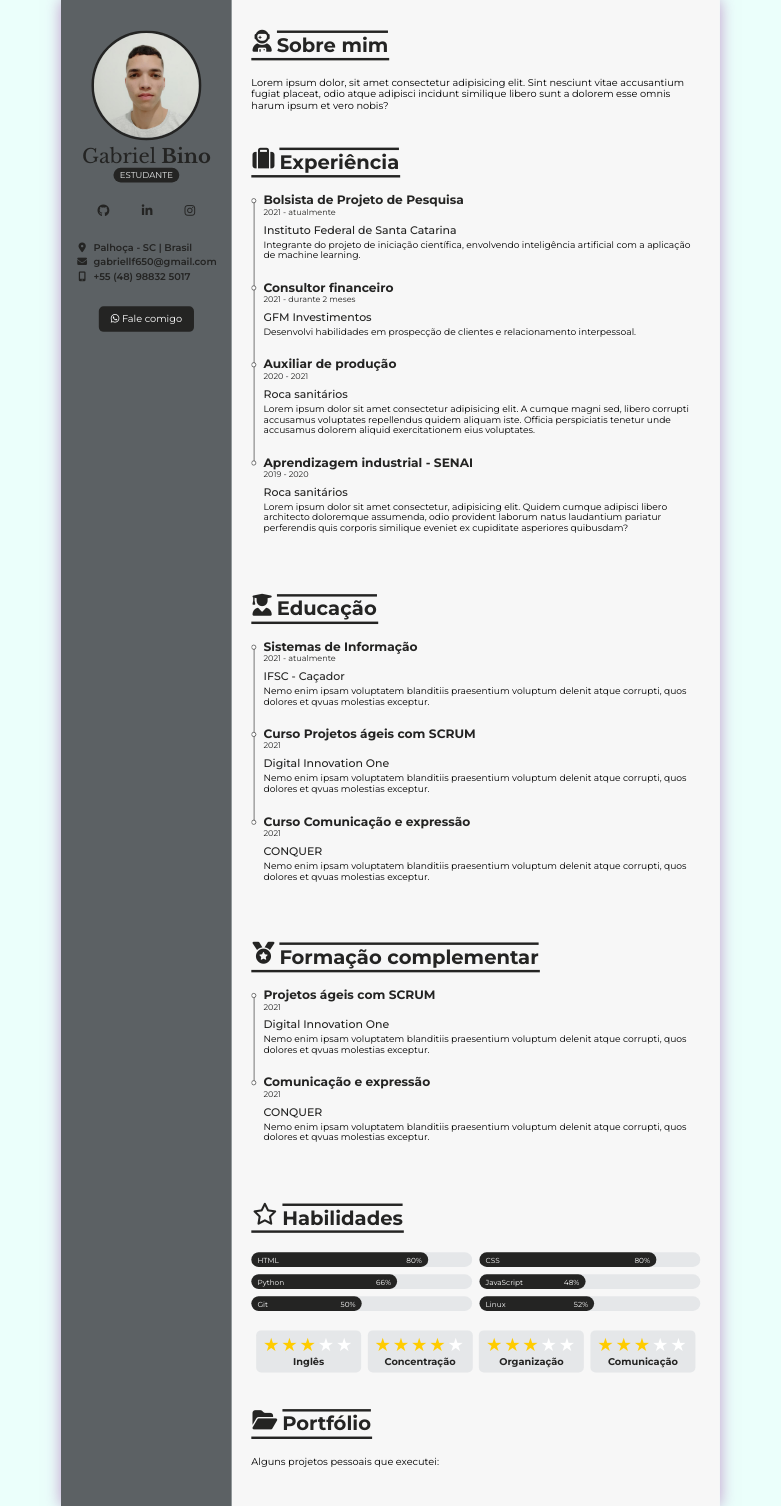
Repository: gabrielbino/curriculoResponsivo
Page: index.html
The author's editor kept a copy of each file at every save. The page is drawn from the files as they stood at one save, then again after the next save.
The browser window is 1280 px wide. The pictures show the whole page, at 61% of full size.
Some web libraries are served in a nearby version.

Above is the page before, as saved 2021-10-19 16:34:46.

After the next save:
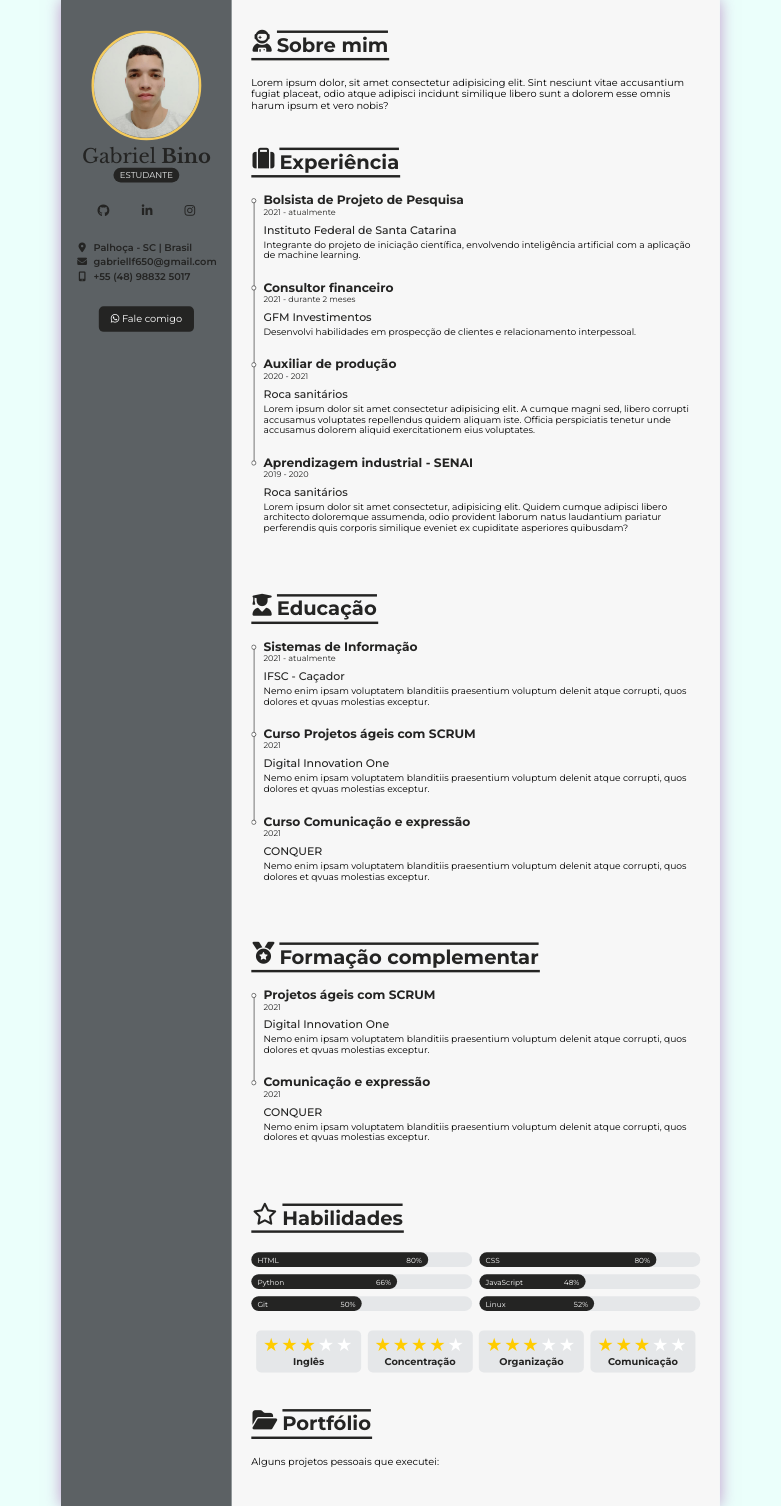
Saved 32 s later.
--- a/css/style.css
+++ b/css/style.css
@@ -41,7 +41,7 @@
 
 .profile-picture {
   border-radius: 50%;
-  border: solid 4px #242423;
+  border: solid 4px #f5cb5c;
   width: 180px;
 }
 

After the save that followed:
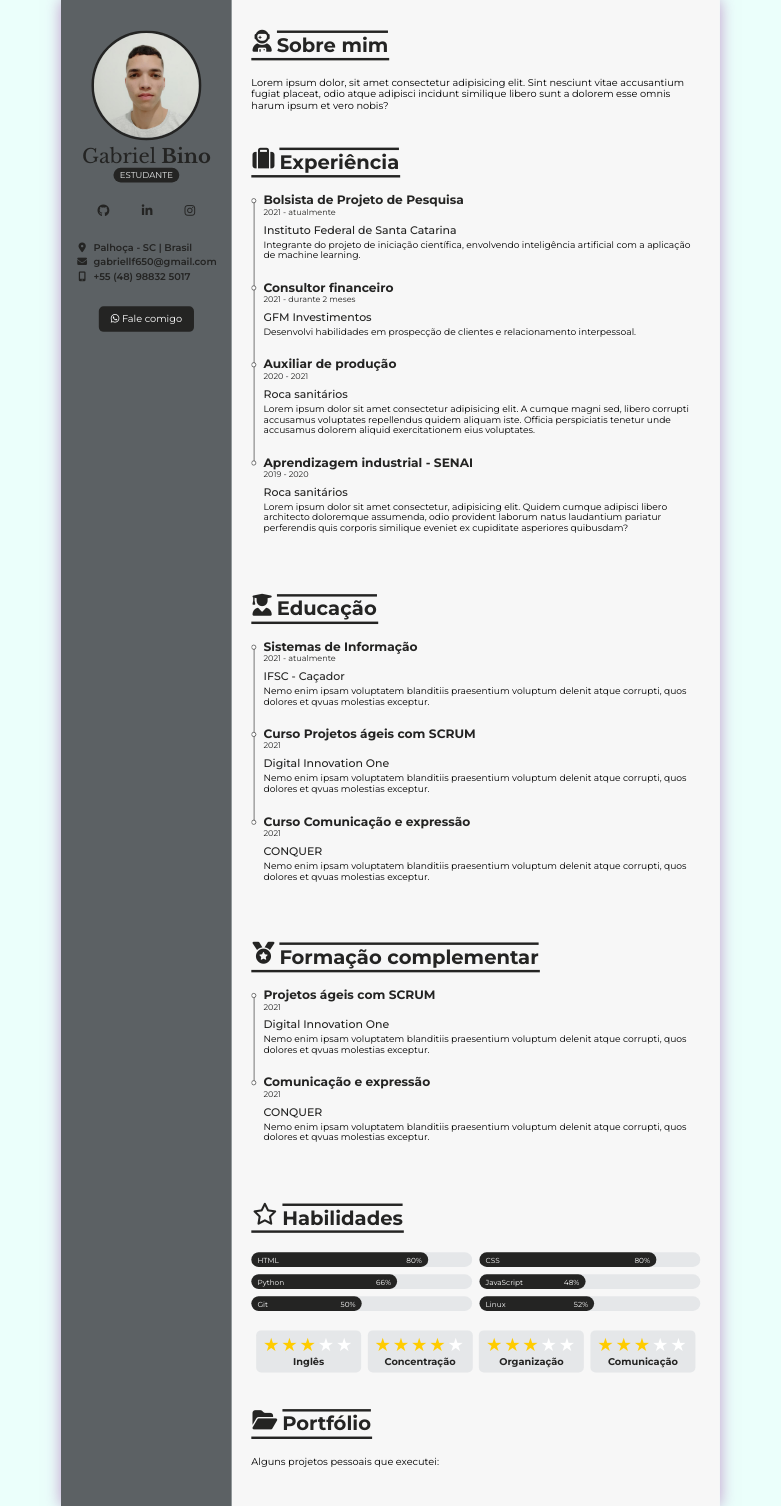
Saved 31 s later.
--- a/css/style.css
+++ b/css/style.css
@@ -41,7 +41,7 @@
 
 .profile-picture {
   border-radius: 50%;
-  border: solid 4px #f5cb5c;
+  border: solid 4px #242423;
   width: 180px;
 }
 
